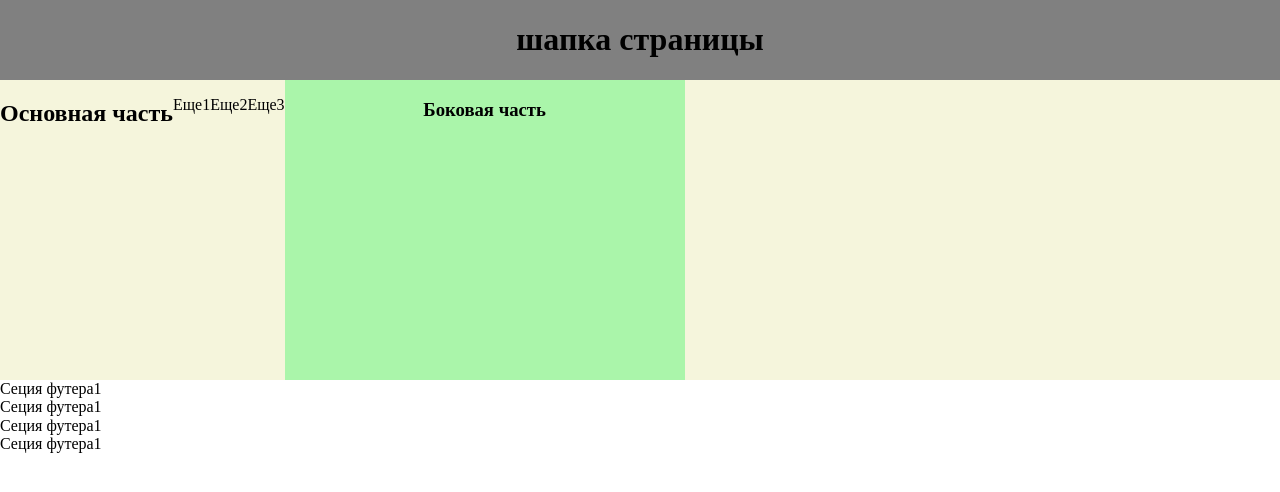
Repository: IrinaGetmanenko/week5
Page: week5/index.html
An editor plug-in stored every save of this project. The page is shown before and after the next save, followed by the edit.
The browser window is 1280 px wide. The pictures show the whole page.

Above is the page before, as saved 2022-08-28 11:42:03.

After the next save:
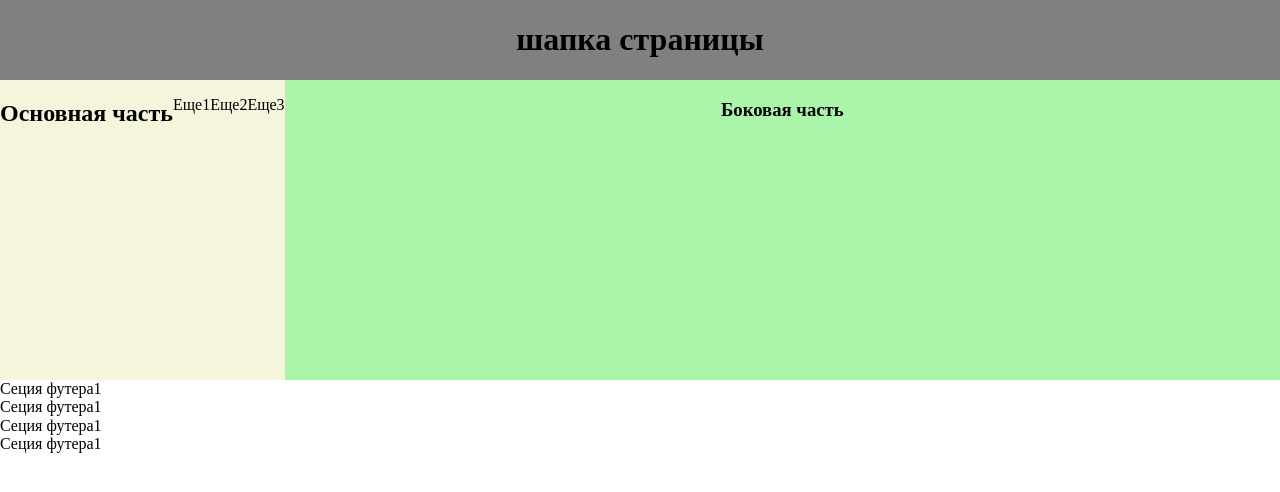
Saved 27 s later.
--- a/week5/index.html
+++ b/week5/index.html
@@ -38,6 +38,7 @@
 
 .aside{
     display: flex;
+    flex: auto;
     justify-content: center;
     height: 300px;
     width: 400px;
